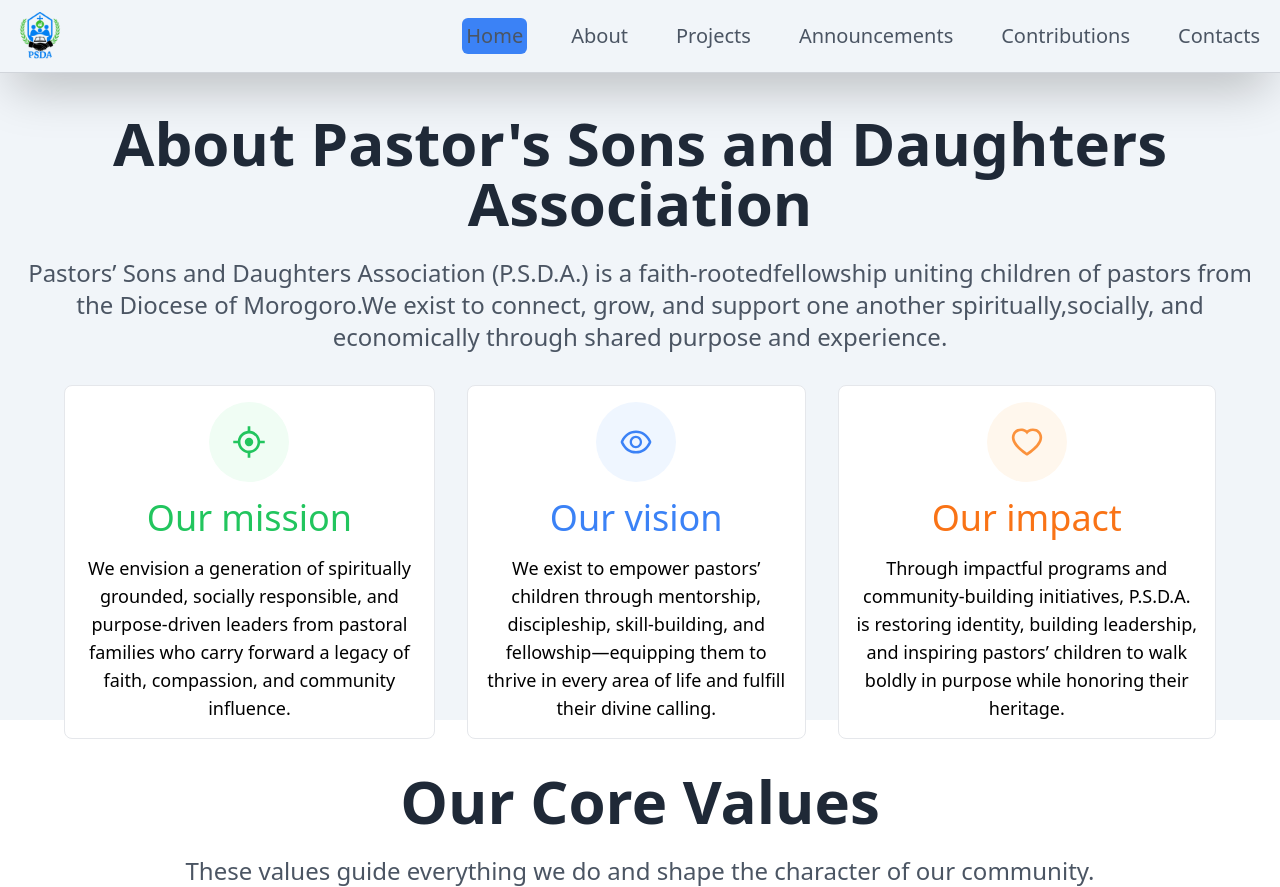
Repository: Zedestar/psda
Page: /about
The author's editor kept a copy of each file at every save. The page is drawn from the files as they stood at one save, then again after the next save.
The browser window is 1280 px wide. The pictures show the whole page.
The project was rebuilt for these pictures with package versions that can differ from the ones it lists, and the page was loaded fresh each time. Also part of the build but not shown: src/pages/home/home.jsx, src/pages/projects/projects.jsx, src/pages/announcements/announcements.jsx, src/pages/contirbutions/contributions.jsx, src/pages/contacts/contacts.jsx.

Above is the page before, as saved 2025-07-18 20:51:27.

After the next save:
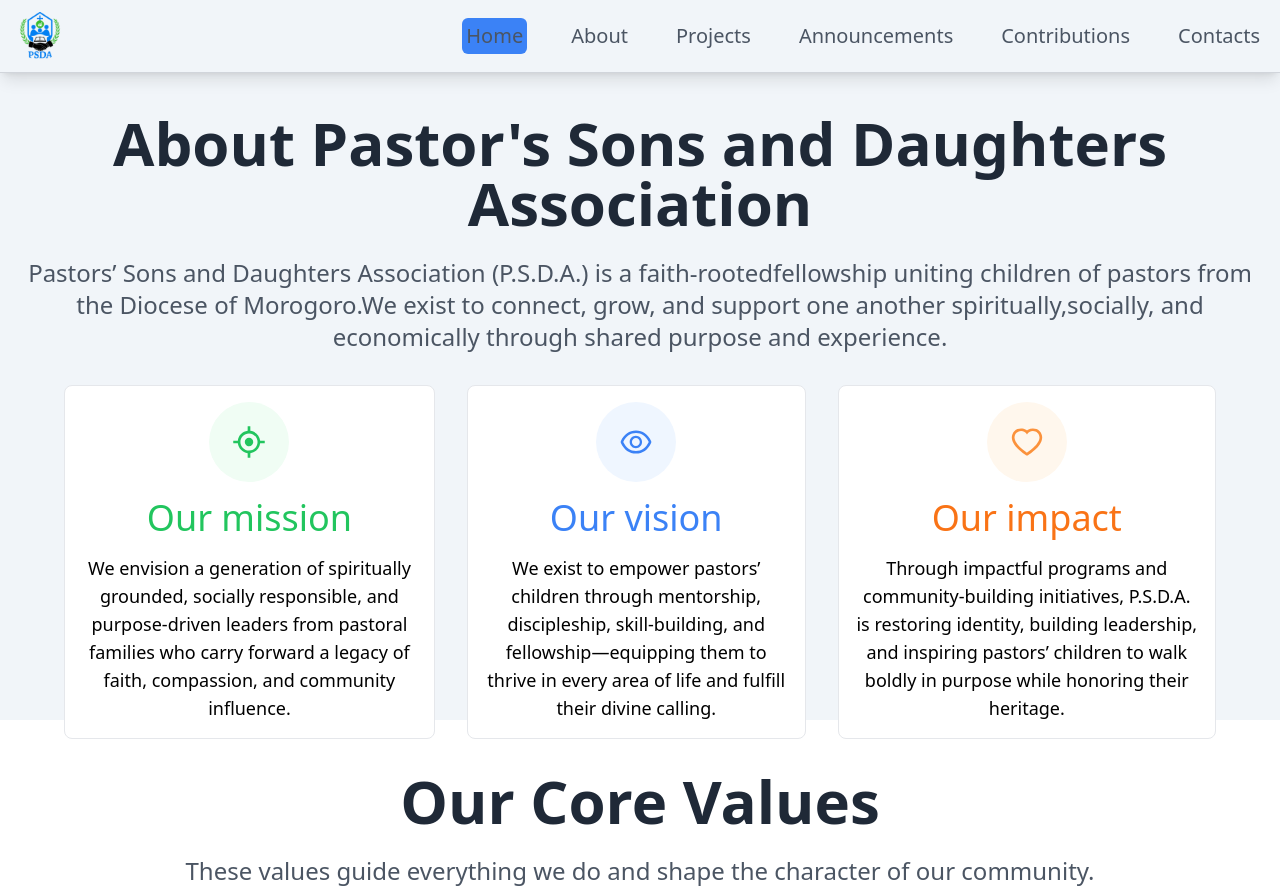
Saved 13 s later.
--- a/src/components/header/header.jsx
+++ b/src/components/header/header.jsx
@@ -6,7 +6,7 @@ import psdaImage from "../../assets/images/psdaImage.png";
 function Header() {
   const [active, setActive] = useState(1);
   return (
-    <header className="flex items-center justify-between px-4 py-3 border-b border-b-gray-300 shadow-2xl">
+    <header className="flex items-center justify-between px-4 py-3 border-b border-b-gray-300 shadow-lg">
       <div className="text-3xl rounded-full overflow-hidden">
         <img className="h-12 w-12" src={psdaImage} alt="" />
       </div>{" "}
